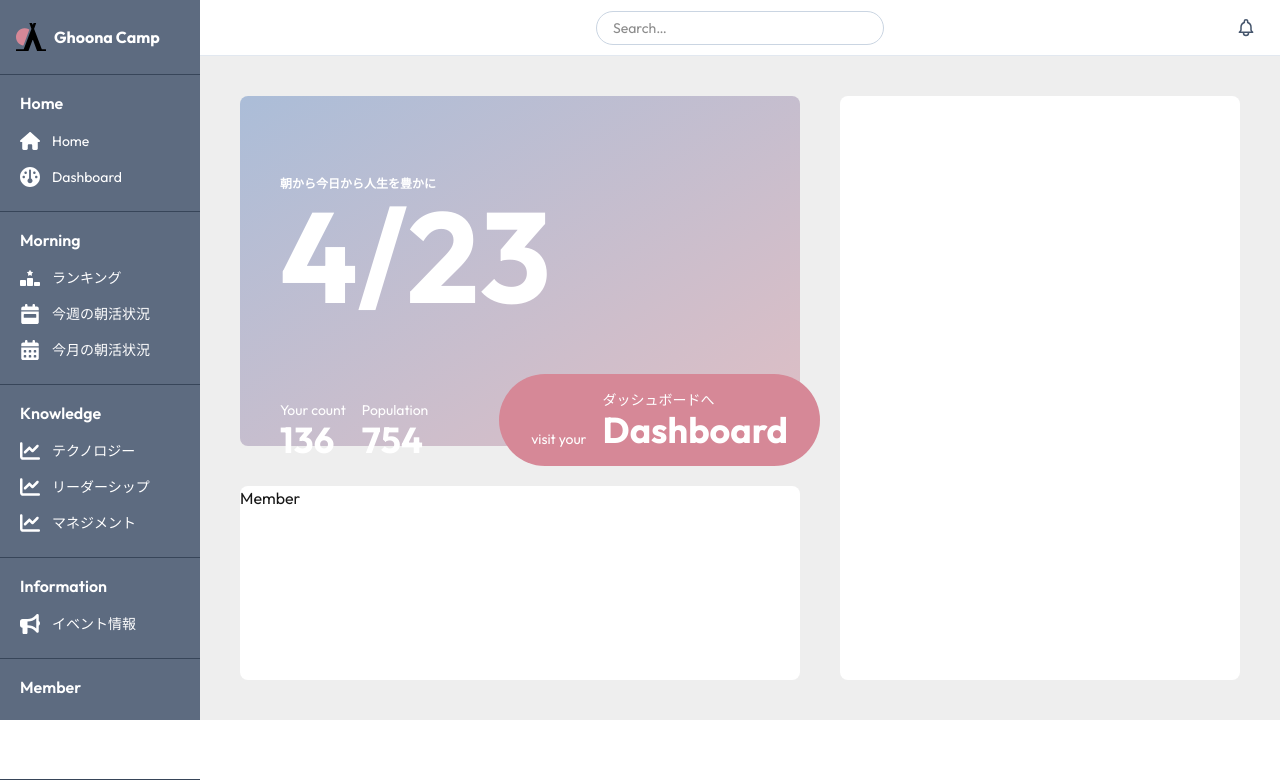
Repository: ShotaGhoona/ghoonacamp_platform
Page: /
An editor plug-in stored every save of this project. The page is shown before and after the next save, followed by the edit.
The browser window is 1280 px wide. The pictures show the whole page.
The page's requests for data from a server got no answer. The project was rebuilt for these pictures with package versions that can differ from the ones it lists, and the page was loaded fresh each time. The framework's server and built-in components were replaced by stand-ins that run in the browser. No one was signed in, and anything a server would have sent is missing. Also part of the build but not shown: next.config.js.

Above is the page before, as saved 2025-04-25 12:57:05.

After the next save:
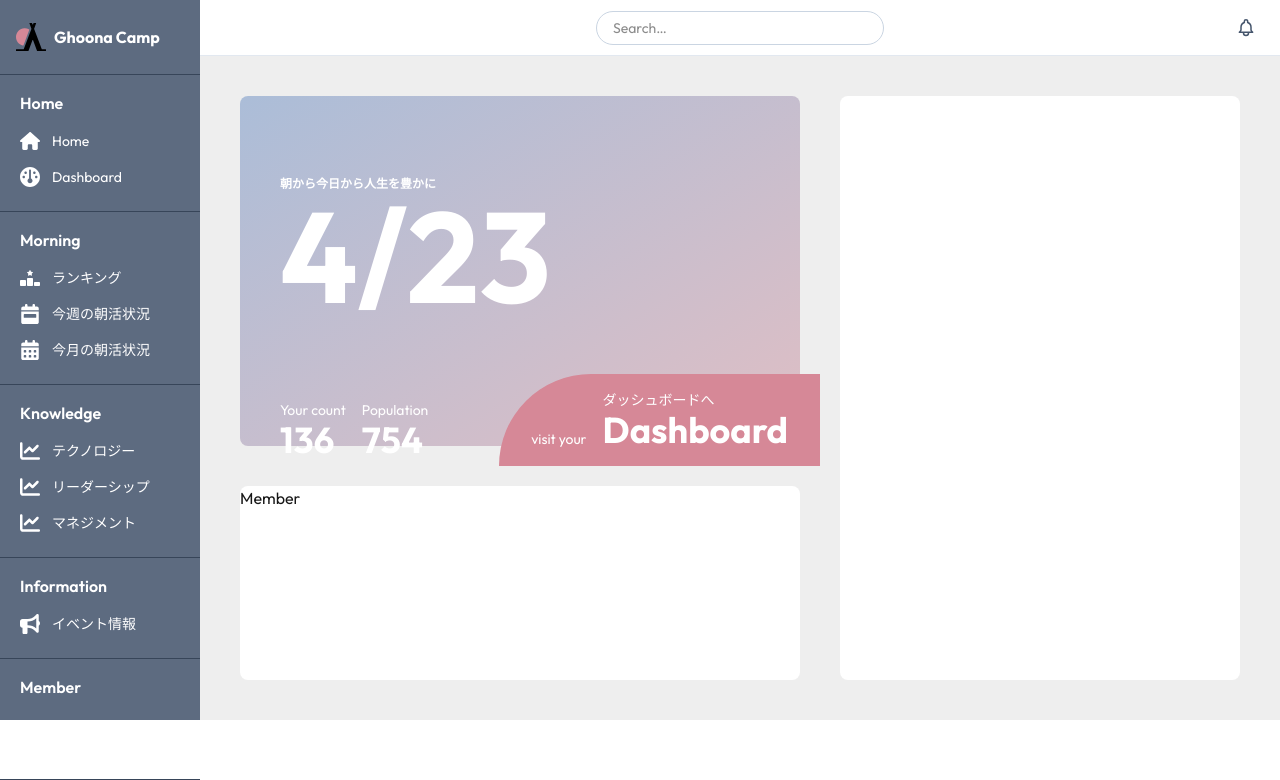
Saved 15 s later.
--- a/src/features/home/home/components/cornerCta.tsx
+++ b/src/features/home/home/components/cornerCta.tsx
@@ -4,7 +4,7 @@ export default function CornerCta(
   return (
     <div
       style={{ backgroundColor: `#${color}` }}
-      className="px-8 py-4 rounded-full text-white flex items-end gap-4 cursor-pointer hover:opacity-90 transition-opacity"
+      className="px-8 py-4 rounded-tl-full text-white flex items-end gap-4 cursor-pointer hover:opacity-90 transition-opacity"
     >
         <div>
             <span className="text-sm">visit your</span>
